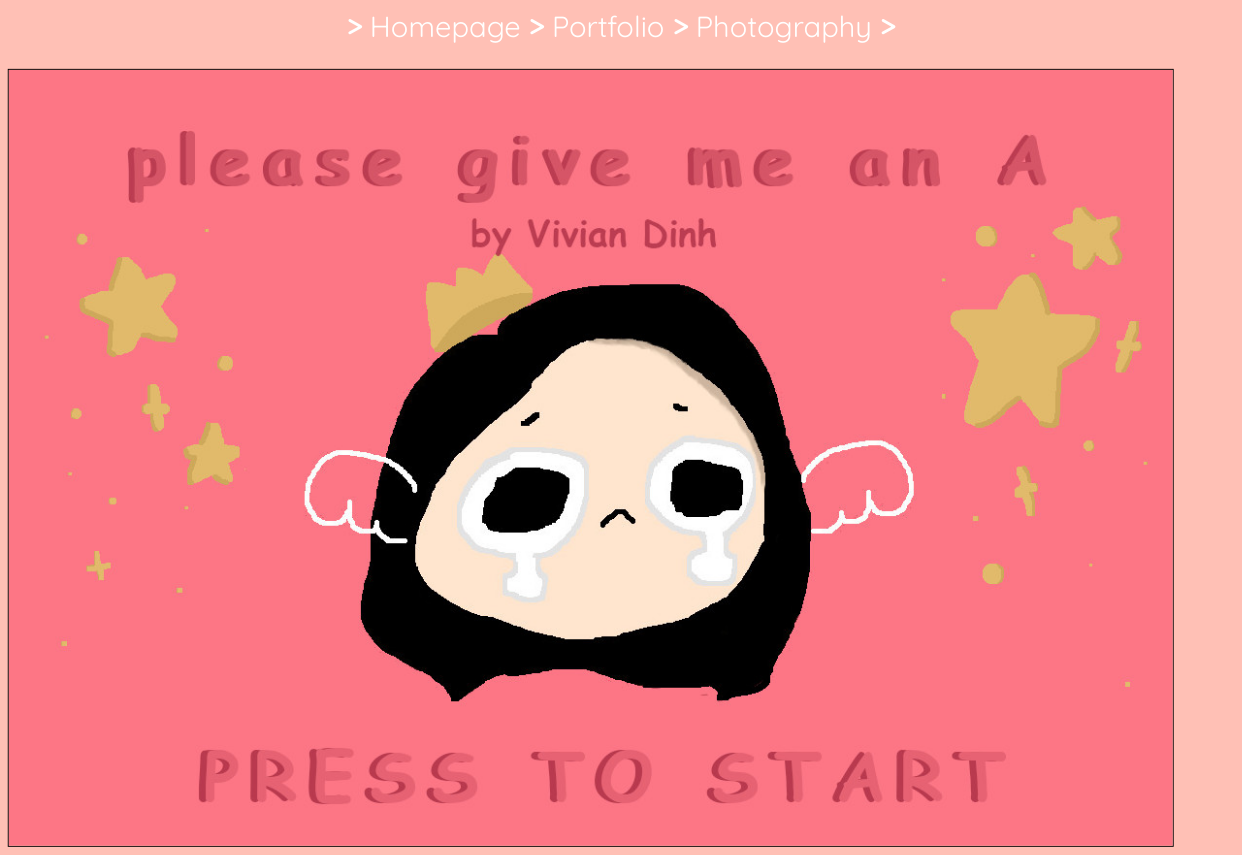
Repository: VivianVDinh/VivianVDinh.github.io
Page: flappyBird.html
The author's editor kept a record of every edit. The page is drawn from the files as they stood at one moment, then again after the next edit.
The browser window is 1280 px wide. The pictures show the whole page, at 97% of full size.
Some web fonts or font styles are not loaded; a fallback is used.

Above is the page before.

After the next edit:
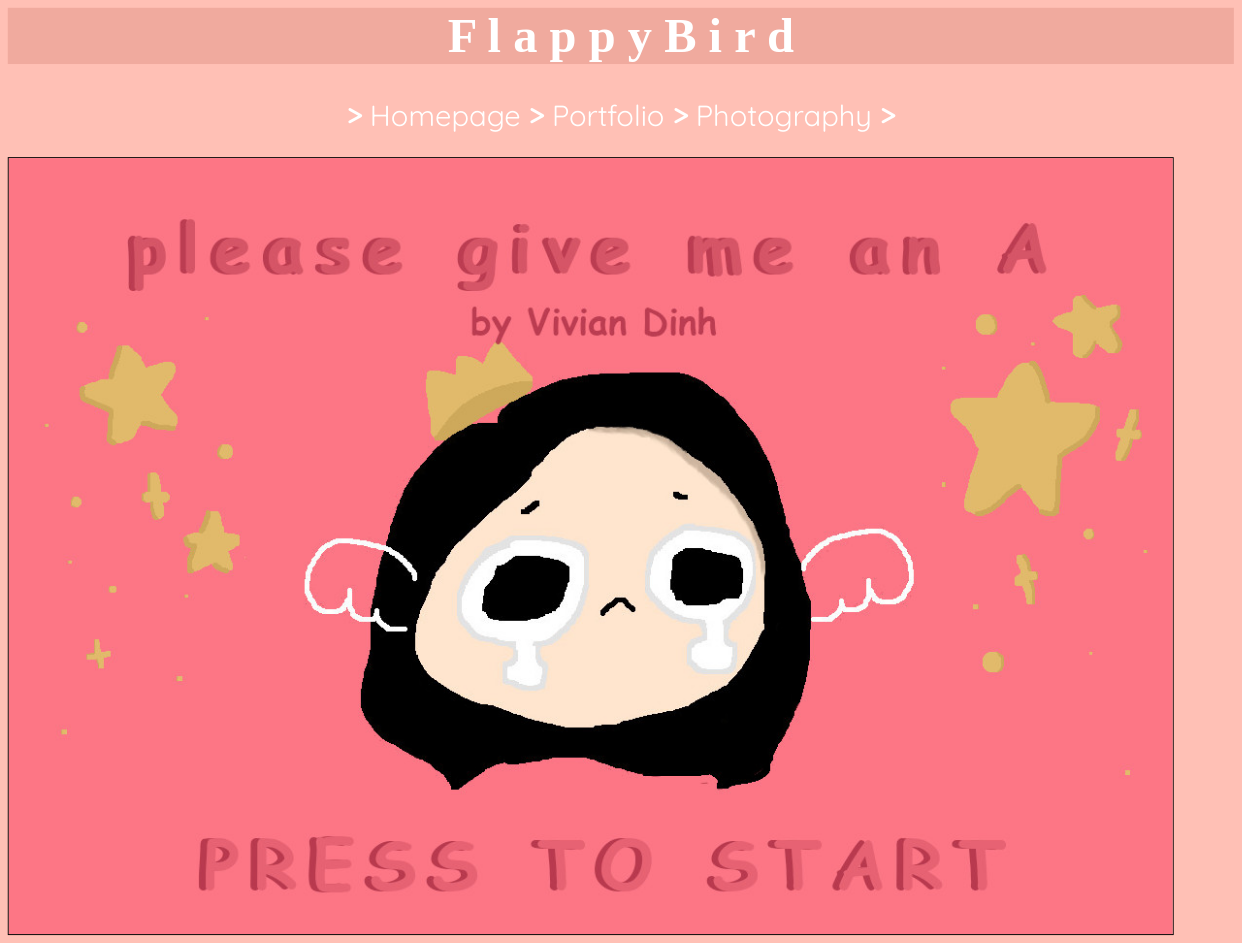
The edit:
--- a/flappyBird.html
+++ b/flappyBird.html
@@ -17,6 +17,9 @@
 </head>
 
 <body>
+  <header>
+        <h1 class="poop">F l a p p y  B i r d</h1>
+    </header>
   <p>
        <h2 class="navbar">
        >
